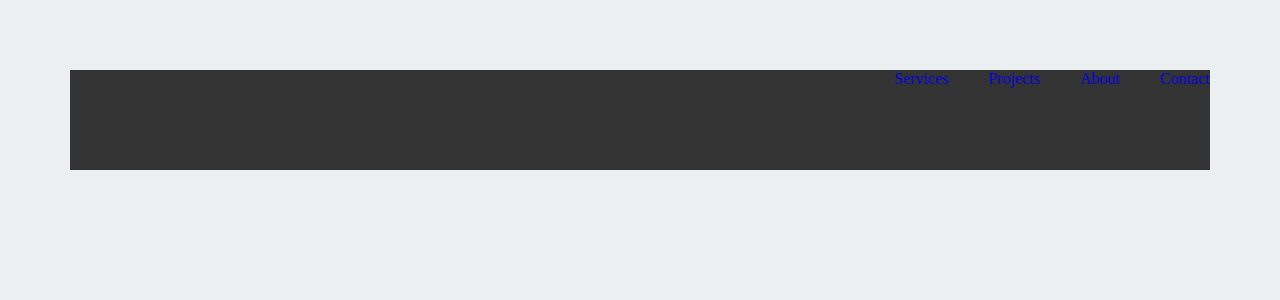
Repository: arifshahriyarnader/css-flexbox
Page: Exercise 1/index.html
An editor plug-in stored every save of this project. The page is shown before and after the next save, followed by the edit.
The browser window is 1280 px wide. The pictures show the whole page.

Above is the page before, as saved 2024-06-15 15:40:03.

After the next save:
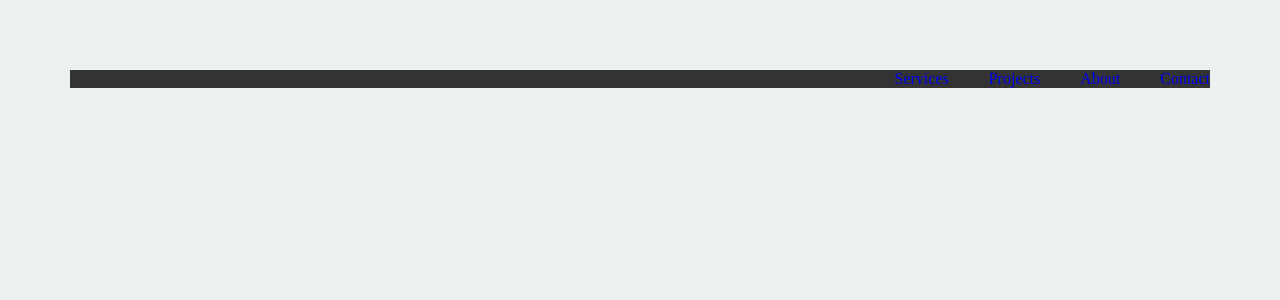
Saved 28 s later.
--- a/Exercise 1/css/style.css
+++ b/Exercise 1/css/style.css
@@ -14,7 +14,6 @@ body{
 }
 .menubar_sec{
     background-color:#333333;
-    min-height:100px;
     margin: 70px;
     display:flex;
     justify-content: space-between;
